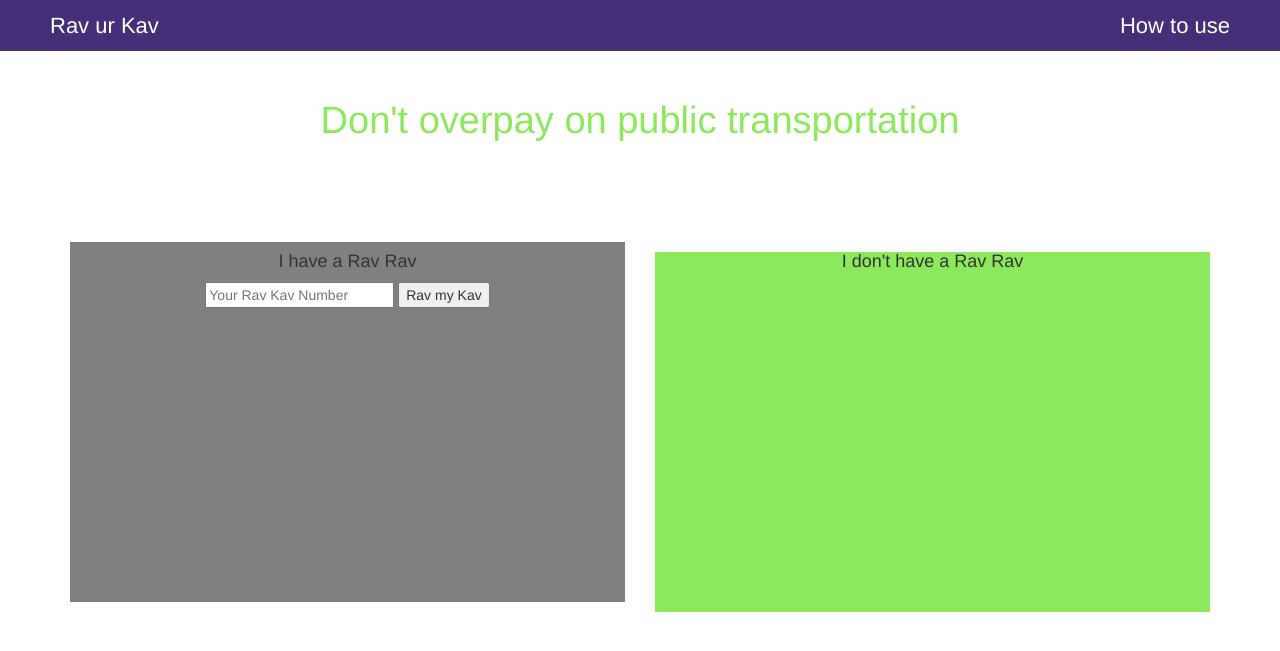
Repository: Louhla/Rav-ur-Kav
Page: index.html
These files come from the project's save history. The page is drawn as it stood at one moment and after a run of saves; the edit follows.
The browser window is 1280 px wide. The pictures show the whole page.

Above is the page before, as saved 2019-07-17 14:32:10.

After the next 2 saves:
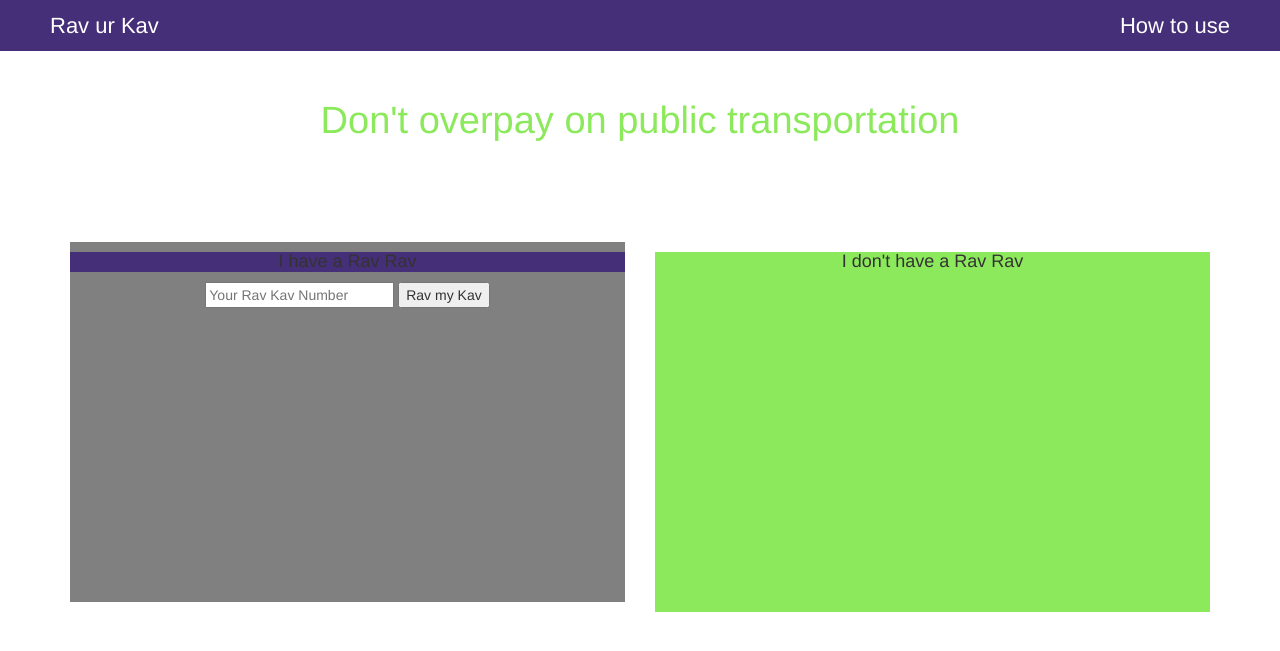
The 2 saves are shown as one change because they came seconds apart.
The last was saved 7 s later.
--- a/css/rav-ur-kav.css
+++ b/css/rav-ur-kav.css
@@ -38,6 +38,6 @@ h1{
     font-size: 38px;
 }
 .existing-user > h4{
-    background-color:
     background-color: #462F79;
+
 }
